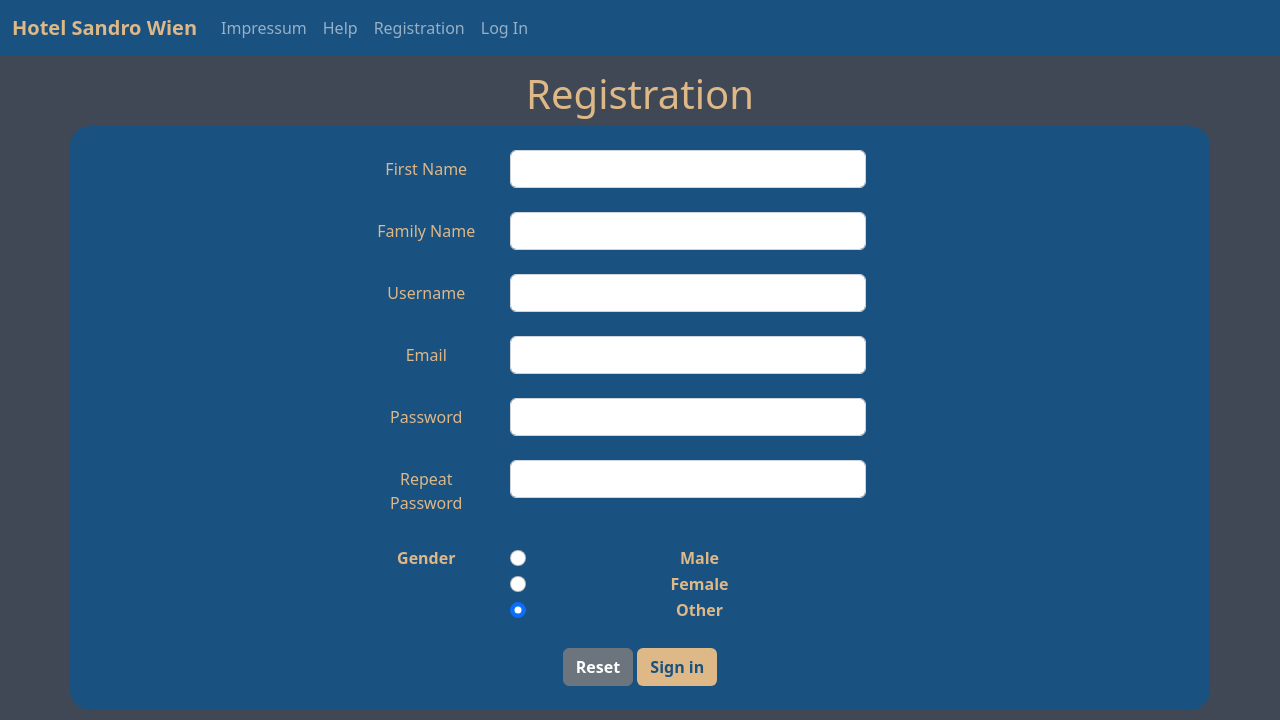
Repository: TIS0N/Hotel_Sandro
Page: http://localhost/pages/registration.php
An editor plug-in stored every save of this project. The page is shown before and after the next save, followed by the edit.
The browser window is 1280 px wide. The pictures show the whole page.
The page is run by PHP 8.4 with error messages shown; the project is at /var/www/html/.

Above is the page before, as saved 2022-10-10 17:36:20.

### pages/registration.php
<!DOCTYPE html>
<html lang="en">
<head>
    <meta charset="UTF-8">
    <meta http-equiv="X-UA-Compatible" content="IE=edge">
    <meta name="viewport" content="width=device-width, initial-scale=1.0">
    <link href="https://cdn.jsdelivr.net/npm/bootstrap@5.2.2/dist/css/bootstrap.min.css" rel="stylesheet" integrity="sha384-Zenh87qX5JnK2Jl0vWa8Ck2rdkQ2Bzep5IDxbcnCeuOxjzrPF/et3URy9Bv1WTRi" crossorigin="anonymous">
    <script src="https://cdn.jsdelivr.net/npm/bootstrap@5.2.2/dist/js/bootstrap.bundle.min.js" integrity="sha384-OERcA2EqjJCMA+/3y+gxIOqMEjwtxJY7qPCqsdltbNJuaOe923+mo//f6V8Qbsw3" crossorigin="anonymous"></script>
    <link rel="stylesheet" href="../res/css/stylesheet.css">
    <title>Hotel Sandro Wien - Sign In</title>
</head>
<body id="body">

<?php
include "../inc/navigation.php";
?>
    <h1>Registration</h1>

    <div id="formular" class="container text-center">
        <div class="row justify-content-center">
            <div class="col-6">
                <form action="">
                <br><div class="row mb-4">
                        <label for="fname" class="col-sm-3 col-form-label">First Name</label>
                        <div class="col-sm-8">
                            <input type="text" class="form-control" id="fname">
                        </div>
                    </div>
                    <div class="row mb-4">
                        <label for="lname" class="col-sm-3 col-form-label">Family Name</label>
                        <div class="col-sm-8">
                            <input type="text" class="form-control" id="lname">
                        </div>
                    </div>
                    <div class="row mb-4">
                        <label for="username" class="col-sm-3 col-form-label">Username</label>
                        <div class="col-sm-8">
                            <input type="text" class="form-control" id="username">
                        </div>
                    </div>
                    <div class="row mb-4">
                        <label for="email" class="col-sm-3 col-form-label">Email</label>
                        <div class="col-sm-8">
                            <input type="email" class="form-control" id="email">
                        </div>
                    </div>
                    <div class="row mb-4">
                        <label for="password" class="col-sm-3 col-form-label">Password</label>
                        <div class="col-sm-8">
                            <input type="email" class="form-control" id="password">
                        </div>
                    </div>
                    <div class="row mb-4">
                        <label for="password2" class="col-sm-3 col-form-label">Repeat Password</label>
                        <div class="col-sm-8">
                        <input type="password" class="form-control" id="password2">
                        </div>
                    </div>
                    <fieldset class="row mb-4">
                        <legend class="col-form-label col-sm-3 pt-0"><strong>Gender</strong></legend>
                        <div class="col-sm-8">
                        <div class="form-check">
                            <input class="form-check-input" type="radio" name="gridRadios" id="male" value="option1" checked>
                            <label class="form-check-label" for="male"><strong>Male</strong></label>
                        </div>
                        <div class="form-check">
                            <input class="form-check-input" type="radio" name="gridRadios" id="female" value="option1" checked>
                            <label class="form-check-label" for="female"><strong>Female</strong></label>
                        </div>
                        <div class="form-check">
                            <input class="form-check-input" type="radio" name="gridRadios" id="other" value="option1" checked>
                            <label class="form-check-label" for="other"><strong>Other</strong></label>
                        </div>

                        </div>
                    </fieldset>

                    <button type="reset" class="btn btn-secondary"><strong>Reset</strong></button>
                    <button type="submit" class="btn" style="color: #195181; background-color: burlywood"><strong>Sign in</strong></button><br><br>

                </form>
            </div>
        </div>
    </div>


</body>
</html>

### inc/navigation.php
<?php
    if(file_exists("./index.php")){
        $includePath = ".";
    }
    else{
        $includePath = "..";
    }
?>

<div id="navBar">
        <nav class="navbar fixed-top navbar-expand-lg navbar-dark" style="background-color: #195181;">
            <div class="container-fluid">
                <a class="navbar-brand" href= <?php echo "$includePath/index.php"?> style="color: burlywood;"><strong>Hotel Sandro Wien</strong></a>
                <button class="navbar-toggler" type="button" data-bs-toggle="collapse" data-bs-target="#navbarNav" aria-controls="navbarNav" aria-expanded="false" aria-label="Toggle navigation">
                    <span class="navbar-toggler-icon"></span>
                </button>
                <div class="collapse navbar-collapse" id="navbarNav">
                    <ul class="navbar-nav">
                        <li class="nav-item">
                            <a class="nav-link"href= <?php echo "$includePath/pages/impressum.php"?> class="navbar-brand">Impressum</a>
                        </li>
                        <li class="nav-item">
                            <a class="nav-link" href=<?php echo "$includePath/pages/help.php"?> class="navbar-brand">Help</a>
                        </li>
                        <li class="nav-item">
                            <a class="nav-link" href=<?php echo "$includePath/pages/registration.php"?> class="navbar-brand">Registration</a>
                        </li>
                        <li class="nav-item">
                            <a class="nav-link" href=<?php echo "$includePath/pages/login.php"?> class="navbar-brand">Log In</a>
                        </li>

                    </ul>
                </div>
            </div>
        </nav>
    </div>

### res/css/stylesheet.css
body{
    background-color: rgb(63, 72, 84);
    color: burlywood;
    padding-top: 70px;
    text-align: center;
}

#hotelSandroPhoto{
    width: 600px;
    height: 450px;
}

#formular{
    background-color: #195181;
    border-radius: 20px;
}

After the next save:
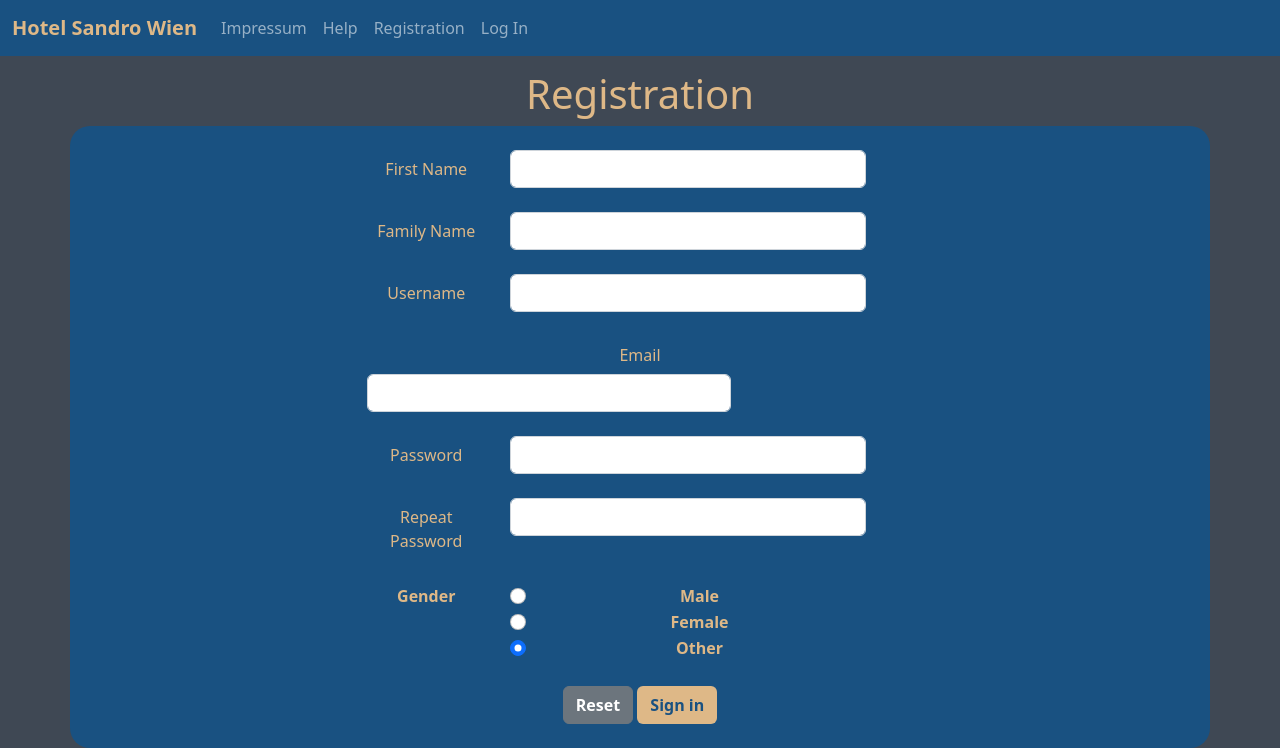
Saved 2 min 4 s later.
--- a/pages/registration.php
+++ b/pages/registration.php
@@ -38,7 +38,7 @@
                             <input type="text" class="form-control" id="username">
                         </div>
                     </div>
-                    <div class="row mb-4">
+                    <div class="mb-4">
                         <label for="email" class="col-sm-3 col-form-label">Email</label>
                         <div class="col-sm-8">
                             <input type="email" class="form-control" id="email">

After the save that followed:
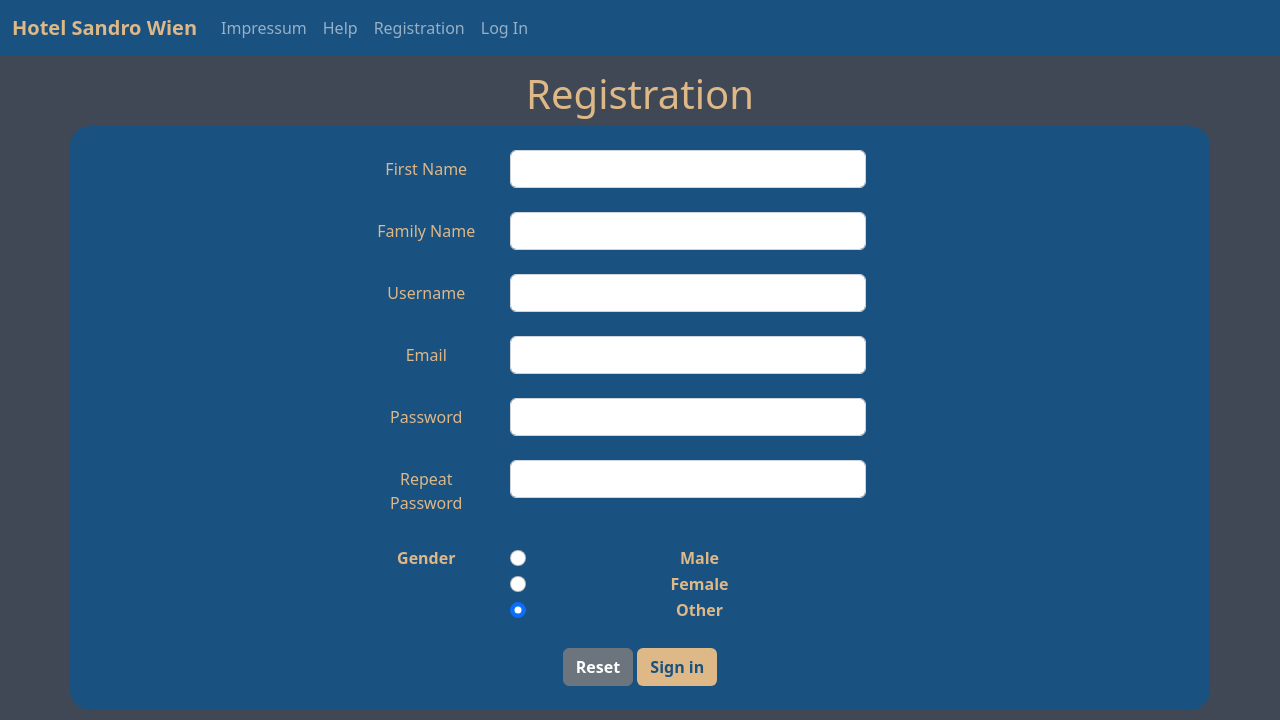
Saved 15 s later.
--- a/pages/registration.php
+++ b/pages/registration.php
@@ -38,7 +38,7 @@
                             <input type="text" class="form-control" id="username">
                         </div>
                     </div>
-                    <div class="mb-4">
+                    <div class="row mb-4">
                         <label for="email" class="col-sm-3 col-form-label">Email</label>
                         <div class="col-sm-8">
                             <input type="email" class="form-control" id="email">
